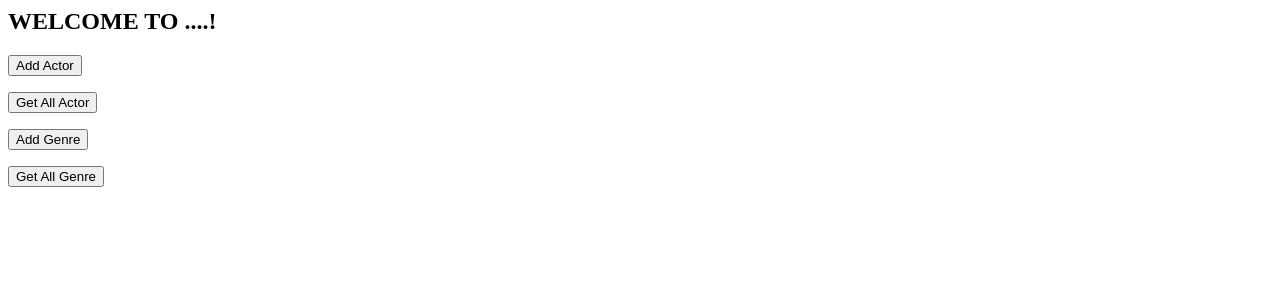
Repository: anoop600/discussionAll
Page: http://localhost/DiscussionMCV/
These files come from the project's save history. The page is drawn as it stood at one moment and after the next save; the edit follows.
The browser window is 1280 px wide. The pictures show the whole page.
The page is served by Tomcat 9. Other server files are loaded and not shown.

Above is the page before, as saved 2019-01-03 05:47:22.

### DiscussionMCV/src/main/webapp/index.jsp
<html>
<body>
	<h2>WELCOME TO ....!</h2>
	<form action="addActor1.html">
		<input type="submit" value="Add Actor" />
	</form>

	<form action="getAllActorDetails1.html">
		<input type="submit" value="Get All Actor" />
	</form>
	<form action="addGenre.html">
		<input type="submit" value="Add Genre" />
	</form>

	<form action="getAllGenre1.html">
		<input type="submit" value="Get All Genre" />
	</form>
</body>
</html>

After the next save:
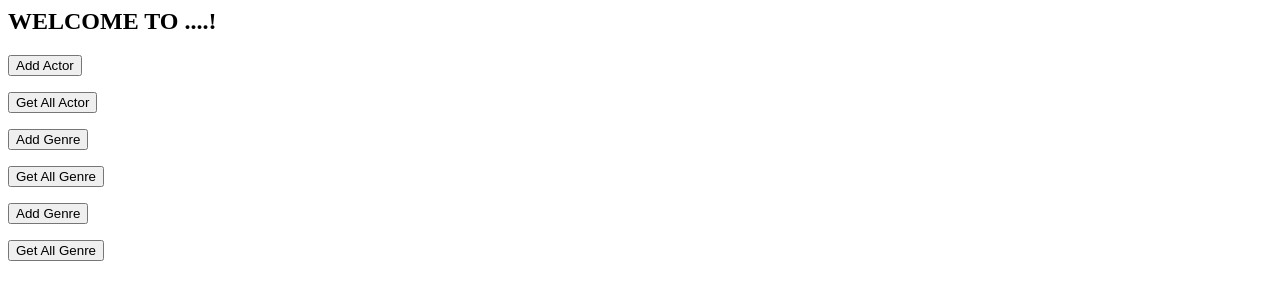
Saved 36 s later.
--- a/DiscussionMCV/src/main/webapp/index.jsp
+++ b/DiscussionMCV/src/main/webapp/index.jsp
@@ -15,5 +15,12 @@
 	<form action="getAllGenre1.html">
 		<input type="submit" value="Get All Genre" />
 	</form>
+	<form action="addGenre.html">
+		<input type="submit" value="Add Genre" />
+	</form>
+
+	<form action="getAllGenre1.html">
+		<input type="submit" value="Get All Genre" />
+	</form>
 </body>
 </html>
